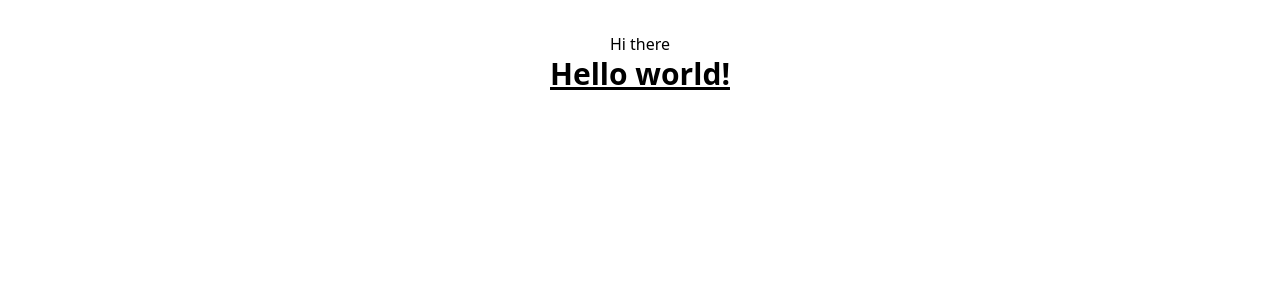
Repository: prince-bansal/tailwind-theme-switcher
Page: /
An editor plug-in stored every save of this project. The page is shown before and after the next save, followed by the edit.
The browser window is 1280 px wide. The pictures show the whole page.
The project was rebuilt for these pictures with package versions that can differ from the ones it lists, and the page was loaded fresh each time. Also part of the build but not shown: vite.config.ts.

Above is the page before, as saved 2024-03-17 19:05:34.

After the next save:
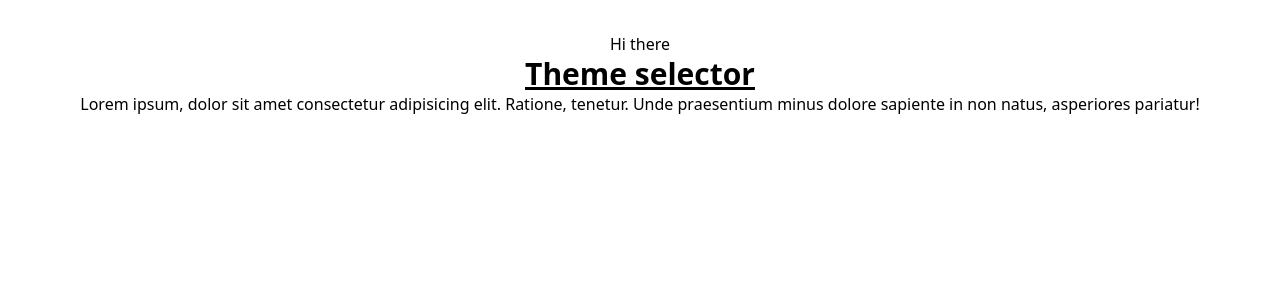
Saved 27 s later.
--- a/src/App.tsx
+++ b/src/App.tsx
@@ -4,13 +4,11 @@ function App() {
 
   return (
     <>
-
-     <p>Hi there</p>
-     <h1 className="text-3xl font-bold underline">
-      Hello world!
-    </h1>
+      <p>Hi there</p>
+      <h1 className="text-3xl font-bold underline">Theme selector</h1>
+      <p>Lorem ipsum, dolor sit amet consectetur adipisicing elit. Ratione, tenetur. Unde praesentium minus dolore sapiente in non natus, asperiores pariatur!</p>
     </>
-  )
+  );
 }
 
 export default App
